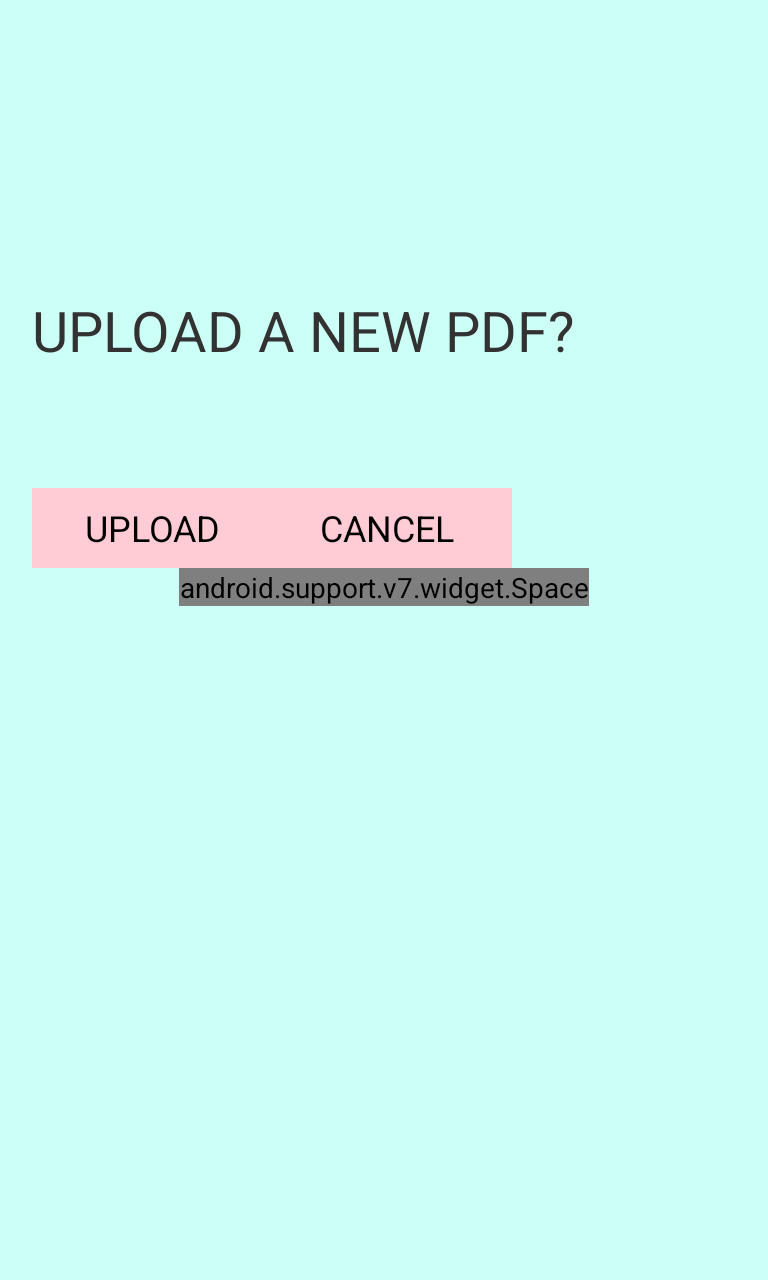
Repository: nick11roberts/Moka-Scanr
Layout: Document Uploader/res/layout/activity_preview.xml
The author's editor kept a copy of each file at every save. The layout is drawn from the files as they stood at one save, then again after the next save.
Pictures or frames that could not be fetched are drawn as grey boxes. It is drawn on a 768 x 1280 px phone screen (xhdpi) without system bars, with theme android:Theme.Holo.Light.NoActionBar; the app's code is not run. The app's manifest (not shown) leaves right-to-left support off. So textAlignment, textDirection and layoutDirection are ignored, and left and right values win over start and end ones.

Above is the layout before, as saved 2014-05-31 00:38:41.

### Document Uploader/res/layout/activity_preview.xml
<LinearLayout xmlns:android="http://schemas.android.com/apk/res/android"
    xmlns:tools="http://schemas.android.com/tools"
    android:layout_width="match_parent"
    android:layout_height="match_parent"
    android:background="@color/bg_color"
    android:baselineAligned="true"
    android:gravity="center_horizontal"
    android:orientation="vertical"
    android:paddingBottom="@dimen/activity_vertical_margin"
    android:paddingLeft="@dimen/activity_horizontal_margin"
    android:paddingRight="@dimen/activity_horizontal_margin"
    android:paddingTop="@dimen/activity_vertical_margin"
    tools:context=".MainActivity" >

    <TextView
        android:layout_width="match_parent"
        android:layout_height="wrap_content"
        android:paddingBottom="60dp"
        android:paddingTop="130dp"
        android:text="@string/main_heading"
        android:textAlignment="center"
        android:textAllCaps="true"
        android:textSize="28sp" />

    <TableRow
        android:id="@+id/tableRow1"
        android:layout_width="fill_parent"
        android:layout_height="wrap_content"
        android:shrinkColumns="*"
		android:stretchColumns="*"  >

        <Button
            android:id="@+id/uploadButton"
            android:layout_width="120dp"
            android:layout_height="40dp"
            android:background="@color/button_color"
            android:gravity="center_vertical|center_horizontal"
            android:paddingLeft="5dp"
            android:paddingRight="5dp"
            android:text="@string/preview_button_upload"
            android:textAlignment="center" />

        <Button
            android:id="@+id/cancelButton"
            android:layout_width="120dp"
            android:layout_height="40dp"
            android:background="@color/button_color"
            android:paddingRight="5dp"
            android:text="@string/preview_button_cancel"
            android:textAlignment="center" />
    </TableRow>

    <android.support.v7.widget.Space
        android:id="@+id/space1"
        android:layout_width="wrap_content"
        android:layout_height="wrap_content" />

</LinearLayout>

### Document Uploader/res/values/colors.xml
<?xml version="1.0" encoding="utf-8"?>
<resources>
   <color name="button_color">#FFCCD5</color>
   <color name="bg_color">#CCFFF6</color>
   <color name="border_color">#000000</color>
</resources>

### Document Uploader/res/values/strings.xml
<?xml version="1.0" encoding="utf-8"?>
<resources>

    <string name="app_name">PDF-Drive</string>
    <string name="action_settings">Settings</string>

    <!-- MAIN ACTIVITY -->
    <string name="main_heading">Upload a new PDF?</string>
    <string name="main_button_upload">BEGIN</string>

    <!-- OPTIONS ACTIVITY -->
    <string name="options_heading">Upload options</string>
    <string name="options_pages">Number of pages?</string>
    <string name="options_title">Title?</string>
    <string name="options_folder">Folder? (optional)</string>
    <string name="options_button_go">CONTINUE</string>

    <!-- PREVIEW ACTIVITY -->
    <string name="preview_heading">Upload a new PDF?</string>
    <string name="preview_button_upload">UPLOAD</string>
    <string name="preview_button_cancel">CANCEL</string>

</resources>

Loaded but not shown: Document Uploader/res/values/dimens.xml (common file); Document Uploader/res/values-w820dp/dimens.xml (common file)

After the next save:
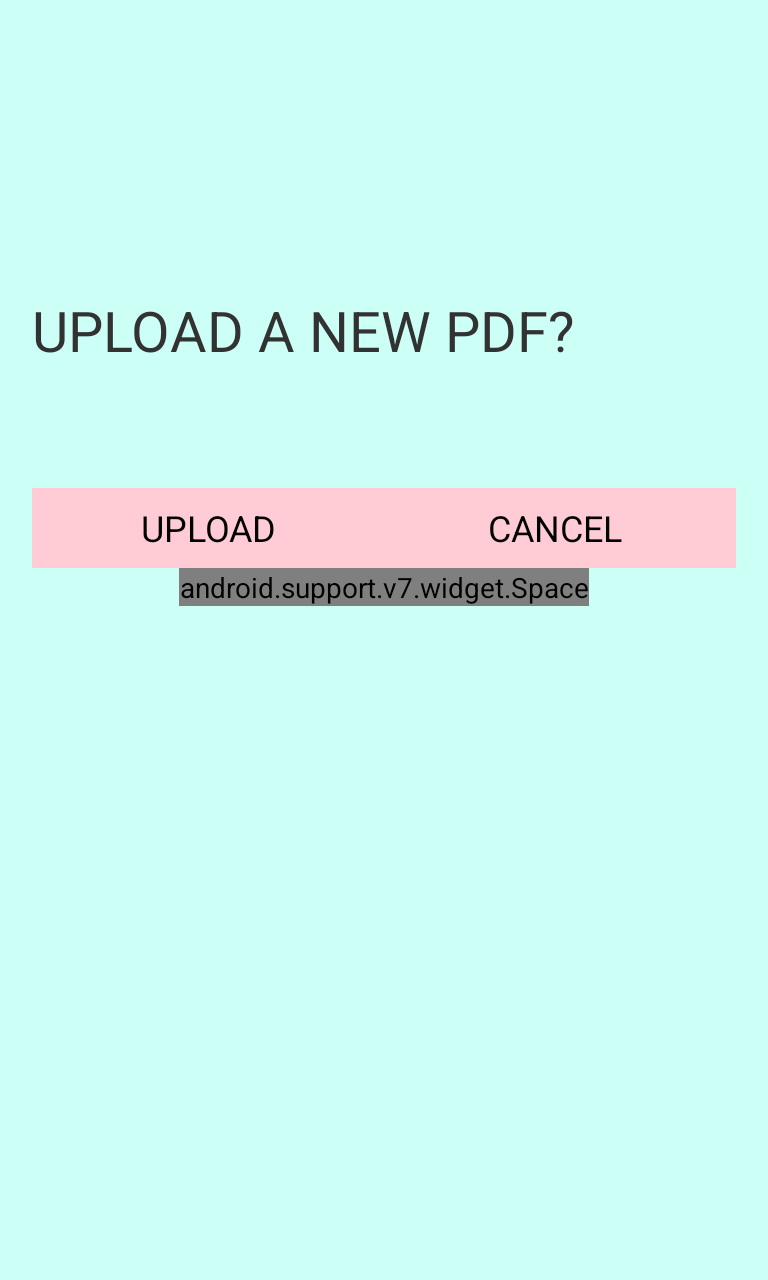
Saved 54 s later.
--- a/Document Uploader/res/layout/activity_preview.xml
+++ b/Document Uploader/res/layout/activity_preview.xml
@@ -38,7 +38,8 @@
             android:paddingLeft="5dp"
             android:paddingRight="5dp"
             android:text="@string/preview_button_upload"
-            android:textAlignment="center" />
+            android:textAlignment="center"
+            android:layout_weight=".25" />
 
         <Button
             android:id="@+id/cancelButton"
@@ -47,7 +48,8 @@
             android:background="@color/button_color"
             android:paddingRight="5dp"
             android:text="@string/preview_button_cancel"
-            android:textAlignment="center" />
+            android:textAlignment="center"
+            android:layout_weight=".25" />
     </TableRow>
 
     <android.support.v7.widget.Space
